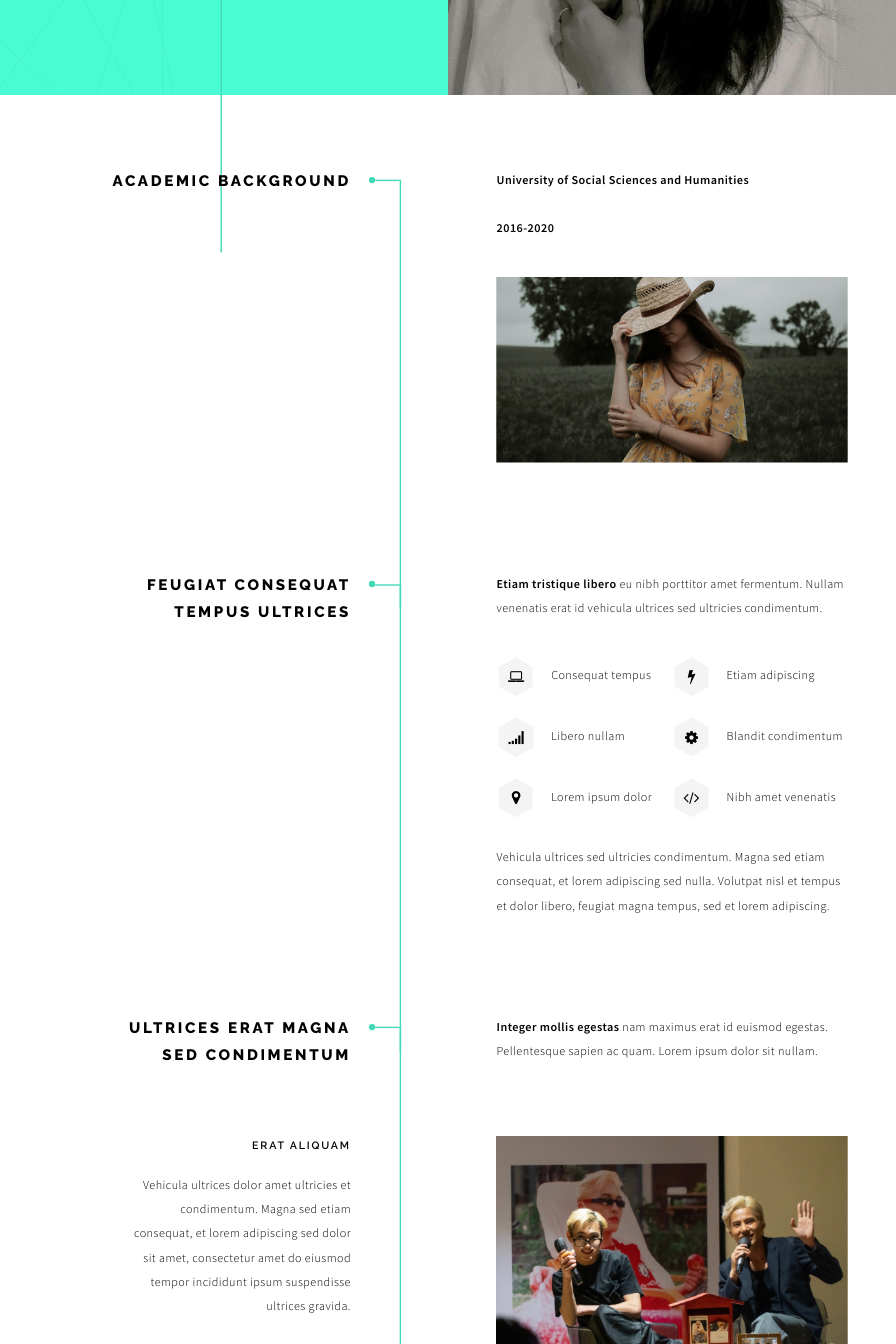
Repository: leonardin999/linh-porfolios
Page: index.html
These files come from the project's save history. The page is drawn as it stood at one moment and after the next save; the edit follows.
The browser window is 1280 px wide. The pictures show the part of the page from y = 584 to 2504 px (the page is 6341 px tall before and 6376 px after), at 70% of full size.

Above is the page before, as saved 2023-01-22 21:21:42.

After the next save:
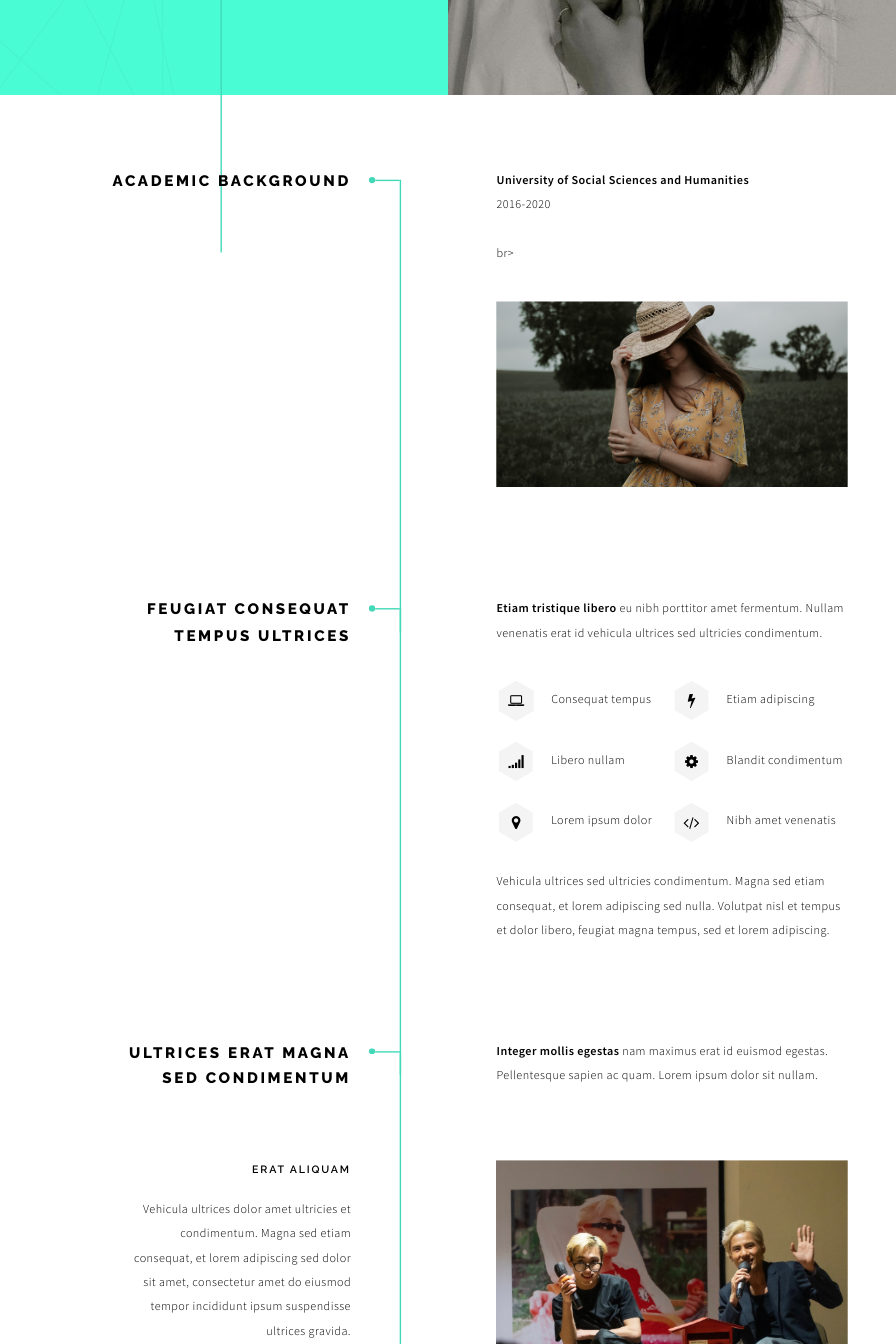
Saved 52 s later.
--- a/index.html
+++ b/index.html
@@ -51,9 +51,7 @@
         <div class="content">
           <p>
             <strong>University of Social Sciences and Humanities</strong>
-          </p>
-          <p>
-            <strong>2016-2020</strong>
+            <br>2016-2020</p>br>
           </p>
           <span class="image main"><img src="images/pic02.jpg" alt="" /></span>
         </div>

After the save that followed:
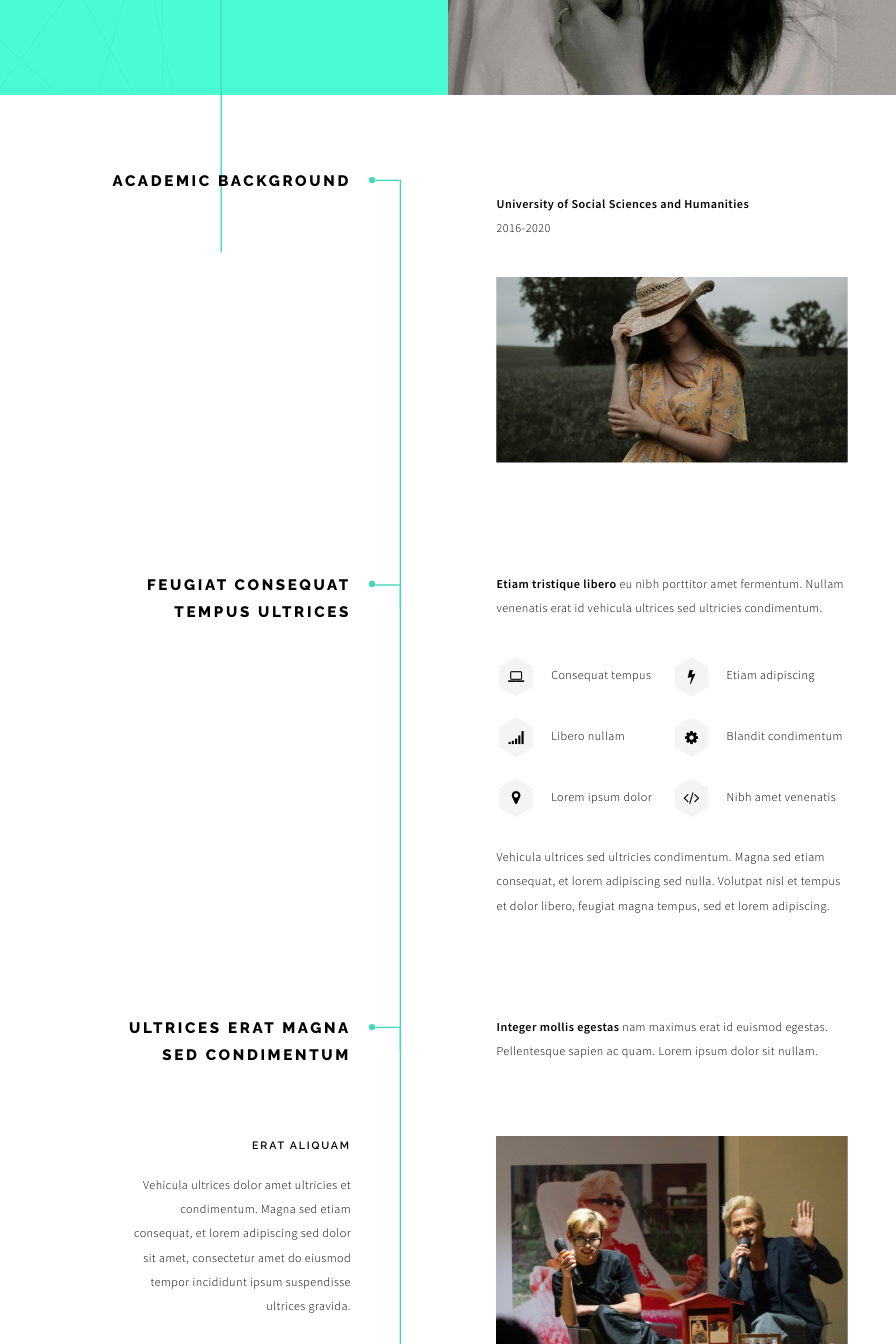
Saved 16 s later.
--- a/index.html
+++ b/index.html
@@ -49,9 +49,9 @@
           <h2>Academic background</h2>
         </header>
         <div class="content">
-          <p>
+          <br>
             <strong>University of Social Sciences and Humanities</strong>
-            <br>2016-2020</p>br>
+            <br>2016-2020</br>
           </p>
           <span class="image main"><img src="images/pic02.jpg" alt="" /></span>
         </div>
